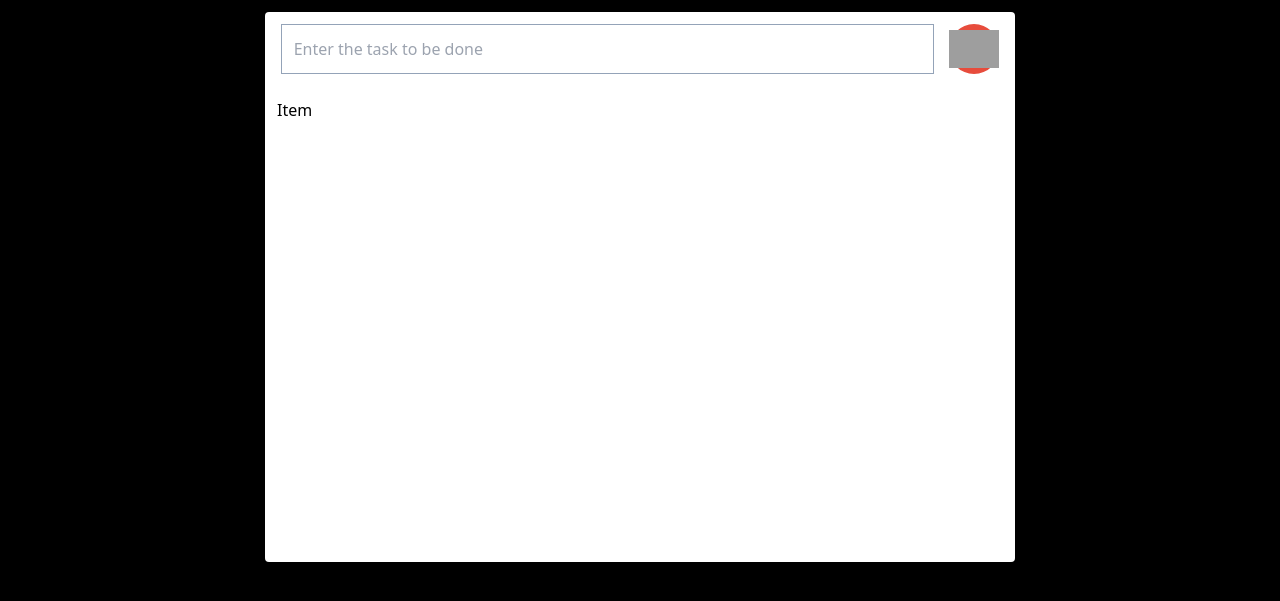
Repository: duttasayan835/todo-app-with-React-and-tailwind-CSS
Page: /
These files come from the project's save history. The page is drawn as it stood at one moment and after the next save; the edit follows.
The browser window is 1280 px wide. The pictures show the whole page.
Pictures or frames that could not be fetched are drawn as grey boxes. The project was rebuilt for these pictures with package versions that can differ from the ones it lists, and the page was loaded fresh each time.

Above is the page before, as saved 2024-06-12 11:09:09.

After the next save:
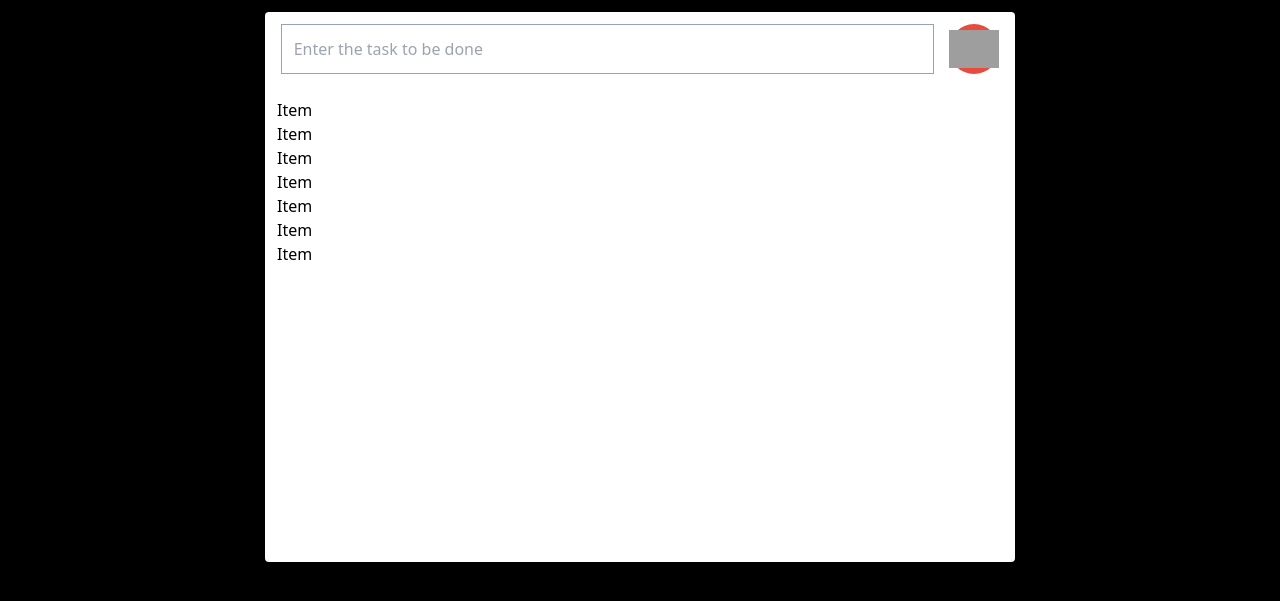
Saved 27 s later.
--- a/src/Components/Box.jsx
+++ b/src/Components/Box.jsx
@@ -5,6 +5,12 @@ export default function Box() {
   return (
     <div className="p-3">
       <Item />
+      <Item />
+      <Item />
+      <Item />
+      <Item />
+      <Item />
+      <Item />
     </div>
   );
 }
